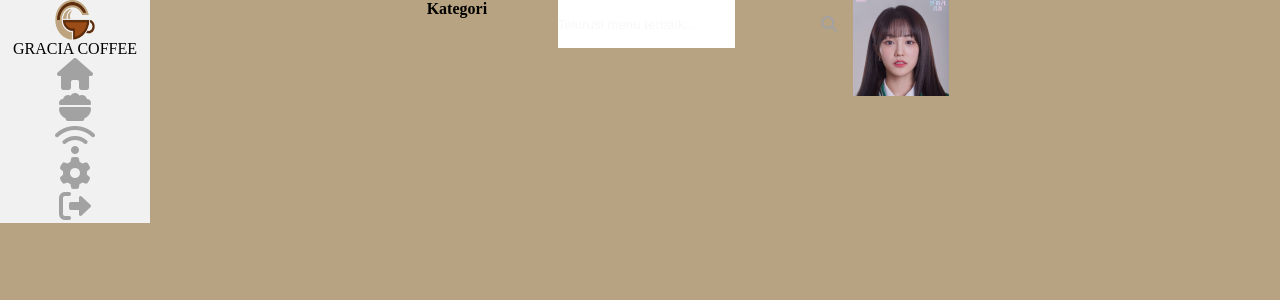
Repository: DanielChuaaa/sbd2
Page: index.html
An editor plug-in stored every save of this project. The page is shown before and after the next save, followed by the edit.
The browser window is 1280 px wide. The pictures show the whole page.
Some web libraries are served in a nearby version.

Above is the page before, as saved 2023-10-20 10:17:56.

After the next save:
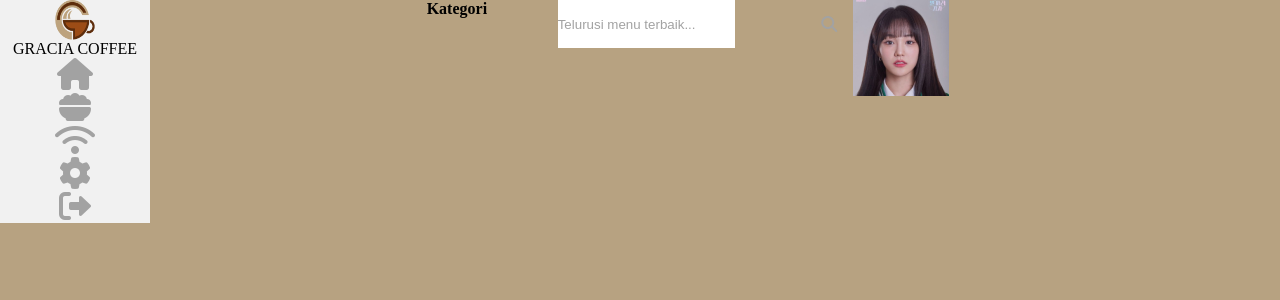
Saved 6 s later.
--- a/style.css
+++ b/style.css
@@ -55,5 +55,5 @@ body{
 }
 
 ::placeholder{
-    color: var(--clr-neutral-400);
+    color: var(--clr-neutral-200);
 }
